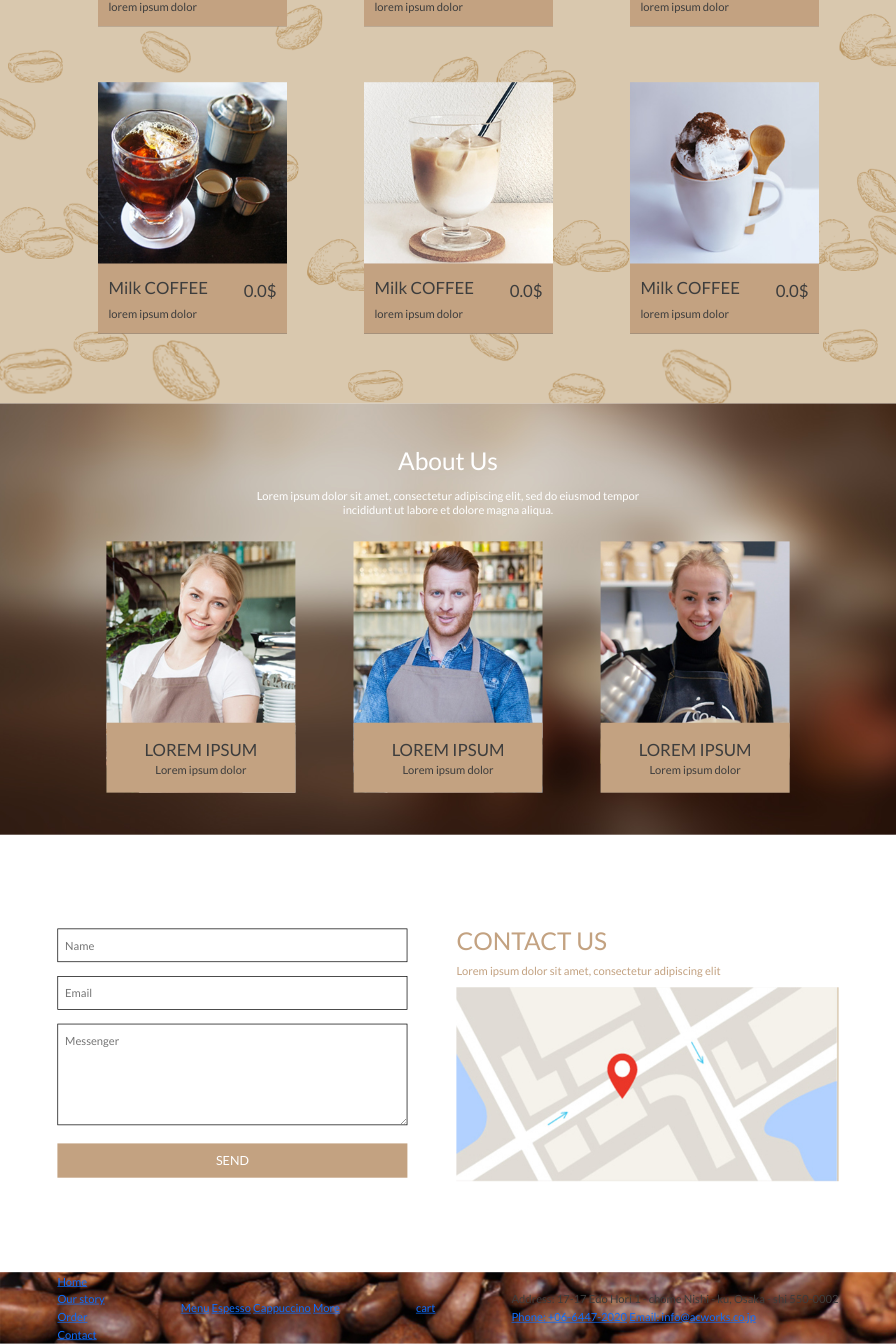
Repository: kuluong2000/coffe
Page: index.html
The author's editor kept a copy of each file at every save. The page is drawn from the files as they stood at one save, then again after the next save.
The browser window is 1280 px wide. The pictures show the part of the page from y = 1778 to 3698 px (the page is 3698 px tall), at 70% of full size.

Above is the page before, as saved 2021-10-06 20:18:48.

After the next save:
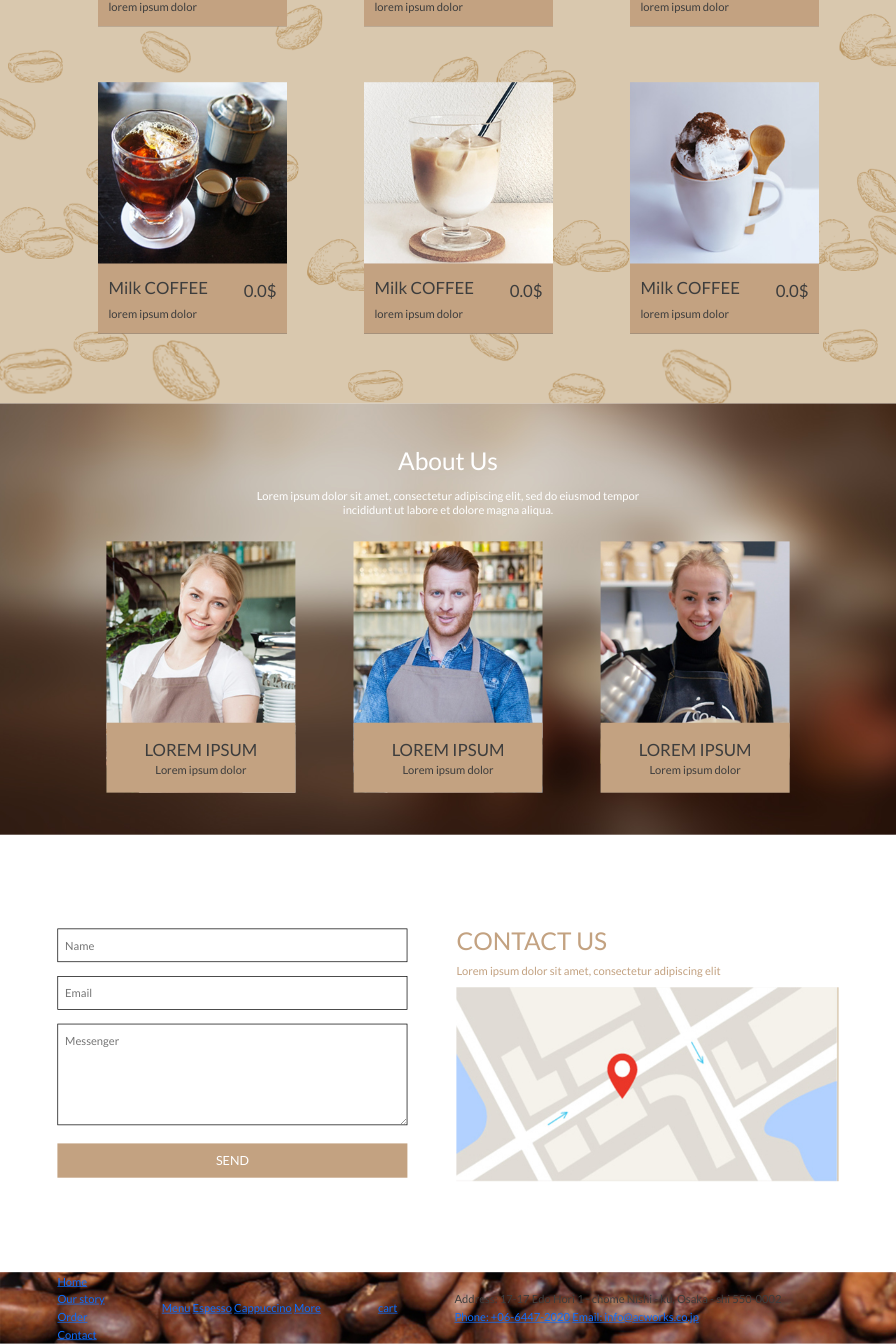
Saved 64 s later.
--- a/index.html
+++ b/index.html
@@ -263,6 +263,9 @@
                 <a href="mailto:info@acworks.co.jp" class="footer-contact-email">Email: info@acworks.co.jp</a>
               </div>
             </div>
+            <div class="footer-item">
+              <div class="footer-item-social"><a href=""></a><a href=""></a><a href=""></a><a href=""></a></div>
+            </div>
           </div>
           <div class="footer-bottom"></div>
         </div>
